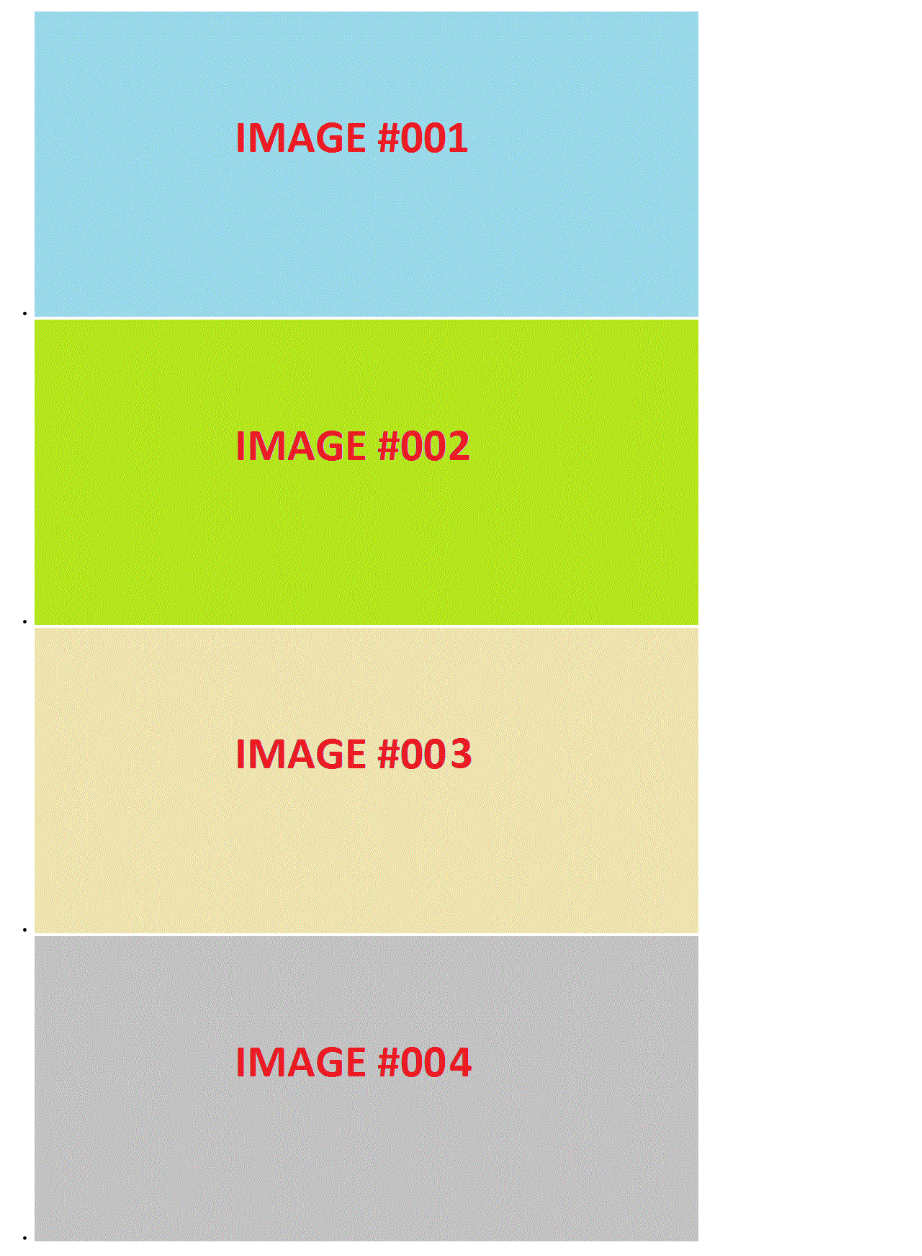
Repository: nema38/30DaysTrainning
Page: 30Days14/index.html
These files come from the project's save history. The page is drawn as it stood at one moment and after the next save; the edit follows.
The browser window is 1280 px wide. The pictures show the whole page, at 72% of full size.
Some web libraries are served in a nearby version.

Above is the page before, as saved 2014-04-18 15:56:53.

After the next save:
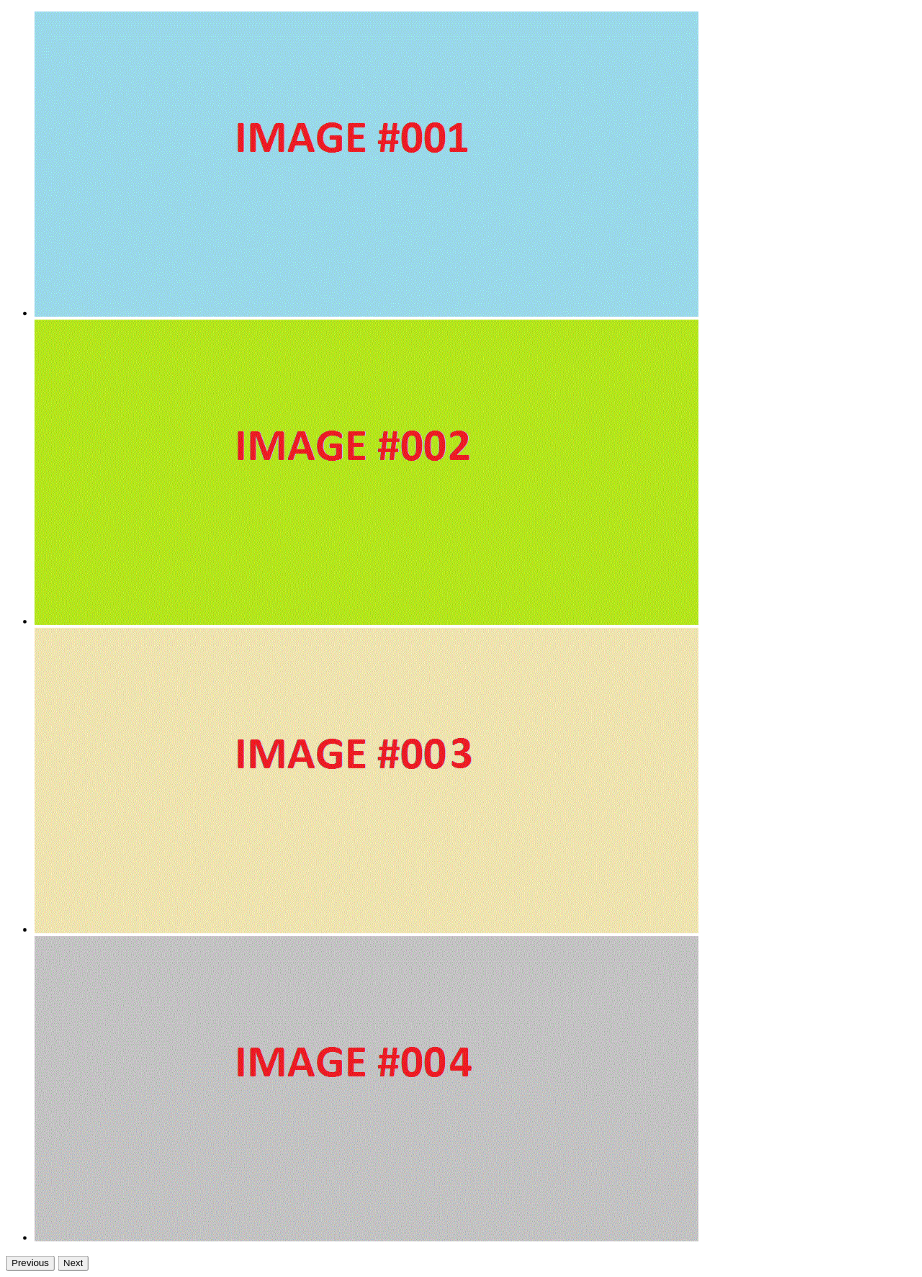
Saved 68 min 8 s later.
--- a/30Days14/index.html
+++ b/30Days14/index.html
@@ -8,13 +8,18 @@
 	</head>
 
 	<body>
-
-		<ul>
-			<li><img src="img/image001.gif" alt="image" /></li>
-			<li><img src="img/image002.gif" alt="image" /></li>
-			<li><img src="img/image003.gif" alt="image" /></li>
-			<li><img src="img/image004.gif" alt="image" /></li>
-		</ul>
+		<div class="navigator">
+			<ul>
+				<li><img src="img/image001.gif" alt="image" /></li>
+				<li><img src="img/image002.gif" alt="image" /></li>
+				<li><img src="img/image003.gif" alt="image" /></li>
+				<li><img src="img/image004.gif" alt="image" /></li>
+			</ul>
+		</div>
+		<div class="slider-nav">
+			<button data-dir="prev">Previous</button>
+			<button data-dir="next">Next</button>
+		</div>
 
 		<script src="http://ajax.googleapis.com/ajax/libs/jquery/1.11.0/jquery.min.js"></script>
 
